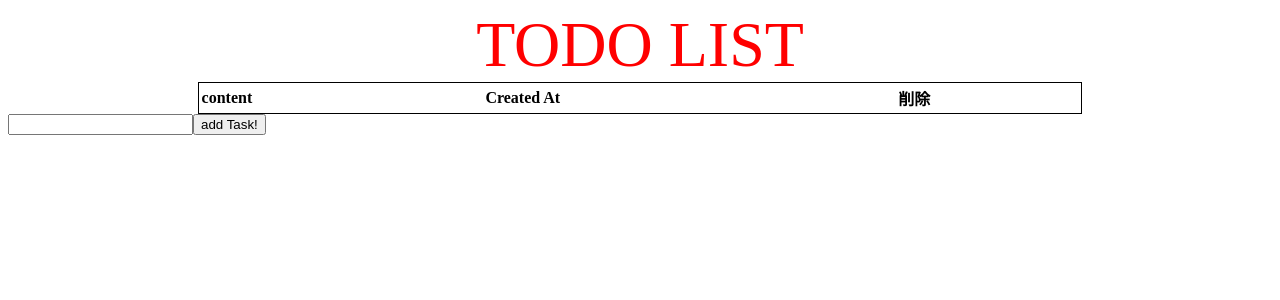
Repository: WistreHosshii/hacathon_todolList
Page: /
These files come from the project's save history. The page is drawn as it stood at one moment and after the next save; the edit follows.
The browser window is 1280 px wide. The pictures show the whole page.
The page's requests for data from a server got no answer. The project was rebuilt for these pictures with package versions that can differ from the ones it lists, and the page was loaded fresh each time. No one was signed in, and anything a server would have sent is missing.

Above is the page before, as saved 2019-06-11 00:01:34.

### index.html
<!DOCTYPE html>
<html lang="ja">

<head>
    <meta charset="UTF-8">
    <meta name="viewport" content="width=device-width, initial-scale=1.0">
    <meta http-equiv="X-UA-Compatible" content="ie=edge">
    <title>Document</title>
    <!-- <link rel="stylesheet" href="./index.css"> -->
</head>

<body>
    <div id="root"></div>
    <script src="./index.tsx"></script>
</body>

</html>

### App.tsx
import React, { Component } from 'react';
import { get, post, deleteTask } from './axios';
import styled from 'styled-components';

const CustomizedText = styled.div`
  font-size: 4rem;
  color: red;
  text-align: center;
`;
const Body = styled.div`
  width: 100%;
  font-size: 1rem;
`;
const JobTable = styled.table`
  text-align: left;
  margin: 0 auto;
  width: 70%;
  border: solid 1px black;
`;
interface Props {}
interface State {
  todos: Todo[];
  value: string;
}

export default class App extends Component<Props, State> {
  constructor(props: any) {
    super(props);
    this.state = {
      todos: [],
      value: '',
    };
    this.handleChange = this.handleChange.bind(this);
  }

  componentDidMount() {
    get().then(response => {
      const todos: Todo[] = response.data.todos;
      this.setState({ todos });
    });
  }
  addTaskHandler() {
    if (this.state.value !== '') {
      post(this.state.value).then(response => {
        const todo: Todo = response.data;
        this.setState(state => ({ todos: [...state.todos, todo] }));
        this.setState({ value: '' });
      });
    }
  }
  deleteTaskHandler(id: string) {
    deleteTask(id).then(response => {
      const todos = this.state.todos.filter(v => v.id !== id);
      this.setState({ todos });
    });
  }
  handleChange(event: any) {
    this.setState({ value: event.target.value });
  }

  render() {
    return (
      <Body>
        <div className="todoList">
          <CustomizedText>TODO LIST</CustomizedText>
          <div className="contents">
            <JobTable>
              <tbody>
                <tr>
                  <th>content</th>
                  <th>Created At</th>
                  <th>削除</th>
                </tr>

                {this.state.todos.reverse().map((todo, i) => {
                  return (
                    <tr key={i}>
                      <td>{todo.content}</td>
                      <td>{new Date(todo.createdAt).toLocaleString()}</td>
                      <td>
                        <button
                          onClick={() => {
                            this.deleteTaskHandler(todo.id);
                          }}
                        >
                          削除!
                        </button>
                      </td>
                    </tr>
                  );
                })}
              </tbody>
            </JobTable>
          </div>
          <div className="computeTaskWrapper">
            <input type="text" value={this.state.value} onChange={this.handleChange} />
            <button
              className="btn"
              onClick={() => {
                this.addTaskHandler();
              }}
            >
              add Task!
            </button>
          </div>
        </div>
      </Body>
    );
  }
}

### axios.tsx
import axios from 'axios';
import App from './App';

const url = 'http://hackathon-test-server.jichoup.trap.show/';
export const get = () => {
  return axios.get(url);
};
export const post = (value: string) => {
  const content: TodoList.Post.Request = { content: value };
  return axios.post(url, content);
};
export const deleteTask = (_id: string) => {
  const id: TodoList.Delete.Request = { id: _id };
  return axios.delete(url, { data: id });
};

Loaded but not shown: index.tsx (common file)

After the next save:
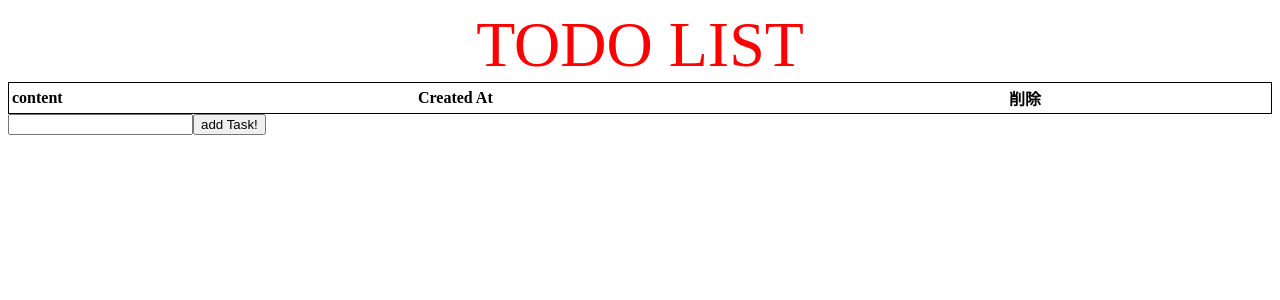
Saved 15 s later.
--- a/App.tsx
+++ b/App.tsx
@@ -14,7 +14,7 @@
 const JobTable = styled.table`
   text-align: left;
   margin: 0 auto;
-  width: 70%;
+  width: 100%;
   border: solid 1px black;
 `;
 interface Props {}

After the save that followed:
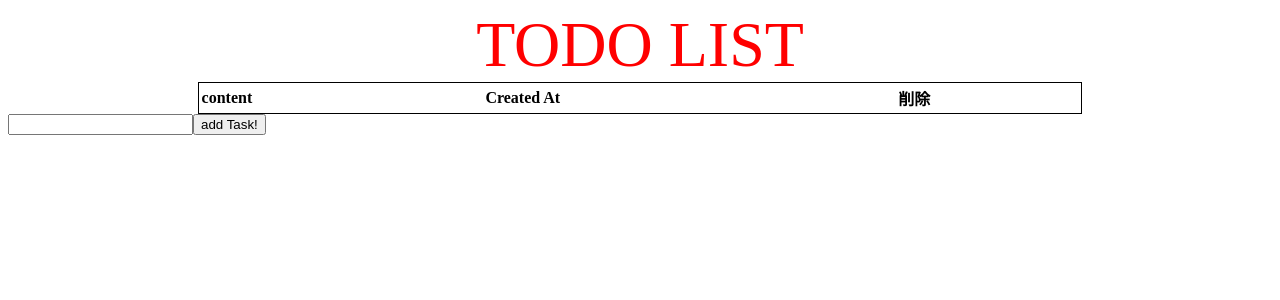
Saved 13 s later.
--- a/App.tsx
+++ b/App.tsx
@@ -14,7 +14,7 @@
 const JobTable = styled.table`
   text-align: left;
   margin: 0 auto;
-  width: 100%;
+  width: 70%;
   border: solid 1px black;
 `;
 interface Props {}
